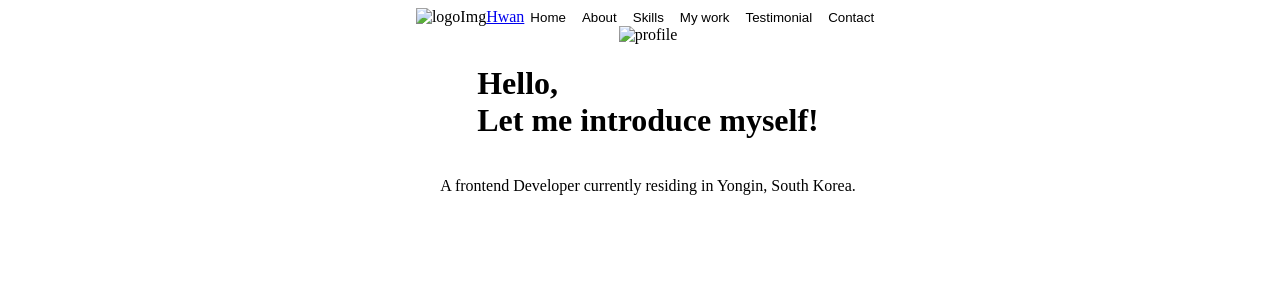
Repository: dhchun1203/Portfolio
Page: index.html
These files come from the project's save history. The page is drawn as it stood at one moment and after the next save; the edit follows.
The browser window is 1280 px wide. The page is 1288 px wide, so the pictures cover 1288 px, including what lies to the right of the window. The pictures show the whole page.
Some web libraries are served in a nearby version.

Above is the page before, as saved 2020-12-02 15:42:44.

After the next save:
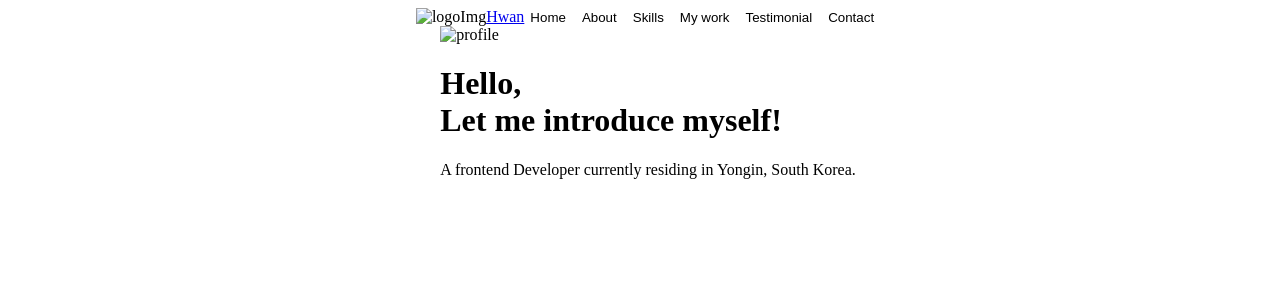
Saved 109 s later.
--- a/index.html
+++ b/index.html
@@ -37,14 +37,16 @@
 					<button>Contact</button>
 				</div>
 			</nav>
-			<div class="home__img"><img src="" alt="profile" /></div>
-			<div class="home__title">
-				<h1>Hello, <br />Let me introduce myself!</h1>
+			<div class="content">
+				<div class="content__img"><img src="" alt="profile" /></div>
+				<div class="content__title">
+					<h1>Hello, <br />Let me introduce myself!</h1>
+				</div>
+				<div class="content__description">
+					<p>A frontend Developer currently residing in Yongin, South Korea.</p>
+				</div>
+				<div class="content__btn"></div>
 			</div>
-			<div class="home__description">
-				<p>A frontend Developer currently residing in Yongin, South Korea.</p>
-			</div>
-			<div class="home__btn"></div>
 		</div>
 	</body>
 </html>
